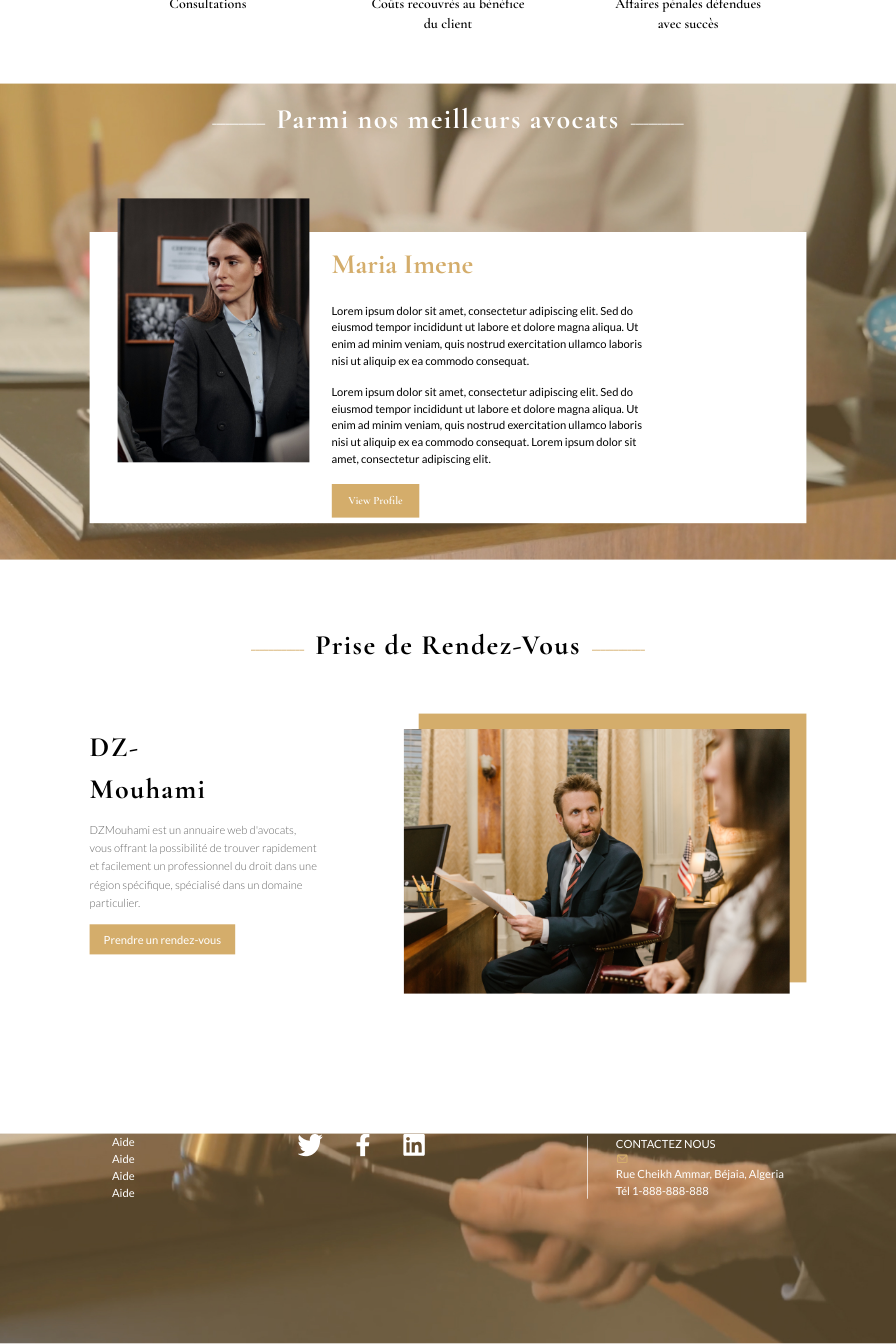
Repository: Chekrouba-Tinhinane/Mohami_dz
Page: / (app in client/)
These files come from the project's save history. The page is drawn as it stood at one moment and after a run of saves; the edit follows.
The browser window is 1280 px wide. The pictures show the part of the page from y = 2348 to 4268 px (the page is 4268 px tall), at 70% of full size.
The project was rebuilt for these pictures with package versions that can differ from the ones it lists, and the page was loaded fresh each time. Also part of the build but not shown: client/vite.config.js, client/src/SignIn.jsx, client/src/components/Selector.jsx, client/src/components/SearchContainer.jsx, client/src/Search.jsx, client/src/components/super/HomeLayout.jsx, client/src/components/Profile.jsx.

Above is the page before, as saved 2024-01-25 18:10:07.

After the next 5 saves:
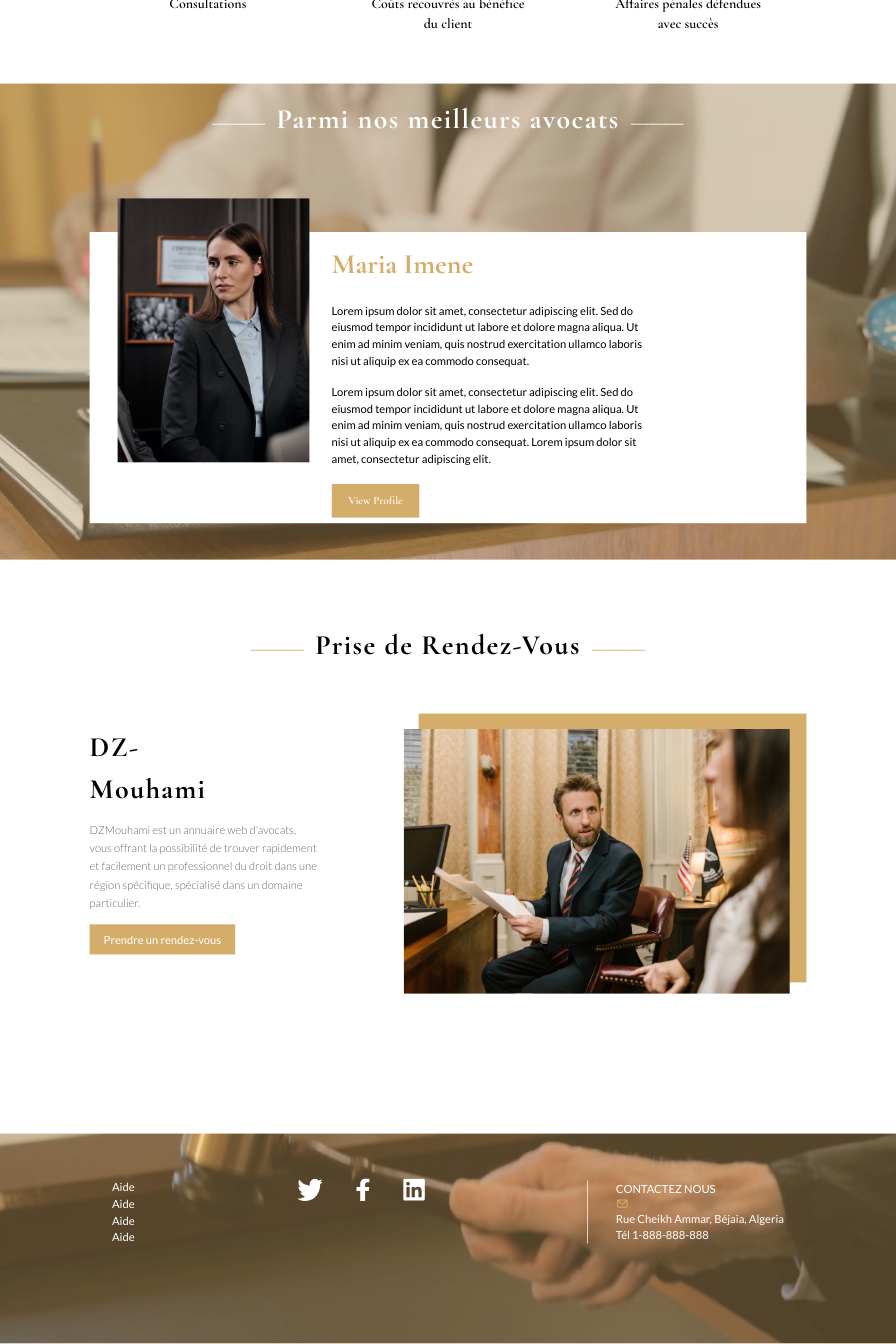
The 5 saves are shown as one change because they came seconds apart.
The last was saved 24 s later.
--- a/client/src/LandingPage.jsx
+++ b/client/src/LandingPage.jsx
@@ -276,7 +276,7 @@ function Footer() {
     >
       <img src={footer} alt="" className="w-full object-cover" />
       {/* sixth section */}
-      <div className="absolute w-[85%] flex justify-center">
+      <div className="absolute w-[85%] flex justify-center pt-[4rem]">
         <div className="flex items-center justify-between px-16 max-w-6xl w-full">
           <div className="flex flex-col">
             <p>Aide</p>
